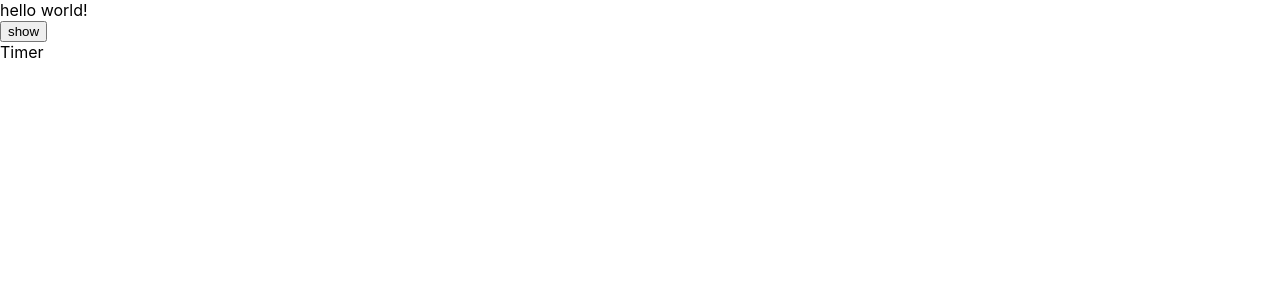
Repository: codest00001/cra-app_reactstudy
Page: /
These files come from the project's save history. The page is drawn as it stood at one moment and after the next save; the edit follows.
The browser window is 1280 px wide. The pictures show the whole page.
The project was rebuilt for these pictures with package versions that can differ from the ones it lists, and the page was loaded fresh each time.

Above is the page before, as saved 2024-09-10 15:29:13.

After the next save:
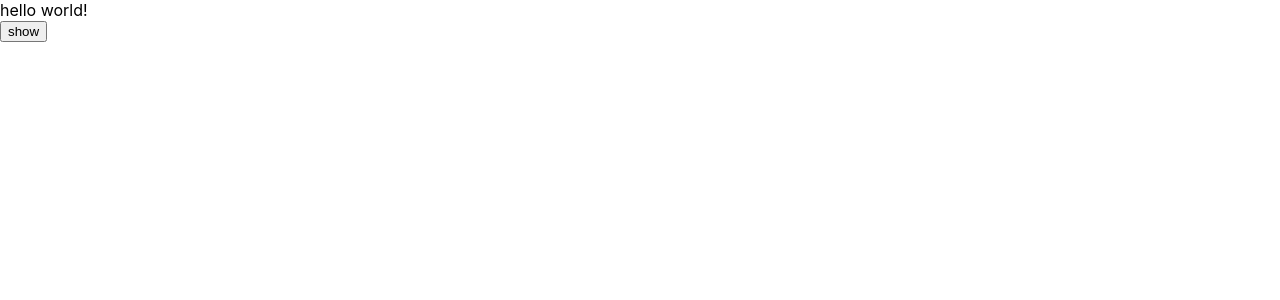
Saved 10 s later.
--- a/src/App.js
+++ b/src/App.js
@@ -12,7 +12,7 @@
 
 
 function App() {
-  const [show, setShow] = useState(true);
+  const [show, setShow] = useState(false);
 
 
   return (

After the 6 saves that followed:
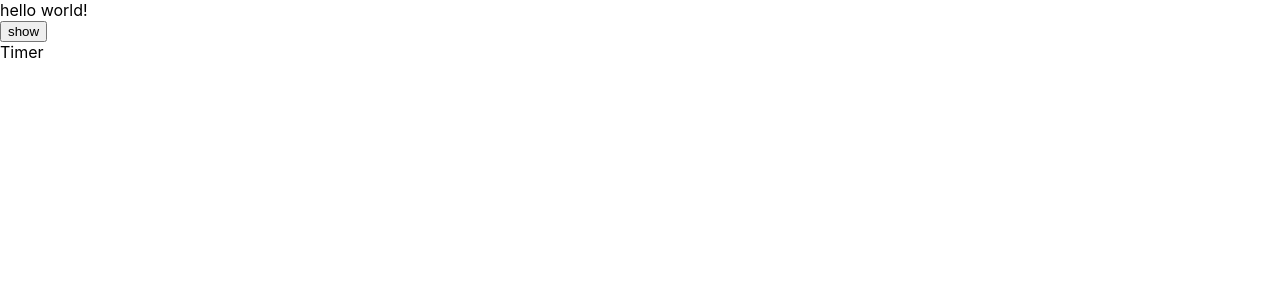
The 6 saves are shown as one change because 4 left the picture as it was and some came seconds apart.
The last was saved 6 min 5 s later.
--- a/src/App.js
+++ b/src/App.js
@@ -12,14 +12,22 @@
 
 
 function App() {
-  const [show, setShow] = useState(false);
+  const [show, setShow] = useState(true);
 
+// 이 안에서는 if else while switch 같은 구문사용 불가능
+// && || ? : 이건 가능.
+// && 을 if else대신에 사용. 처음이 false면 뒤의 것 보지도 않음. and일때는 앞에 나온애가 false면 무조건 결과가 false일 것이기 때문.
+
+
+// {show && <Timer />}를 삼항연산자 show ? <Timer />:'' 로도 사용가능.
 
   return (
     <>
     <div>hello world!</div>
     <button>show</button>
+
     {show && <Timer />}
+
     </>
   );
 }
